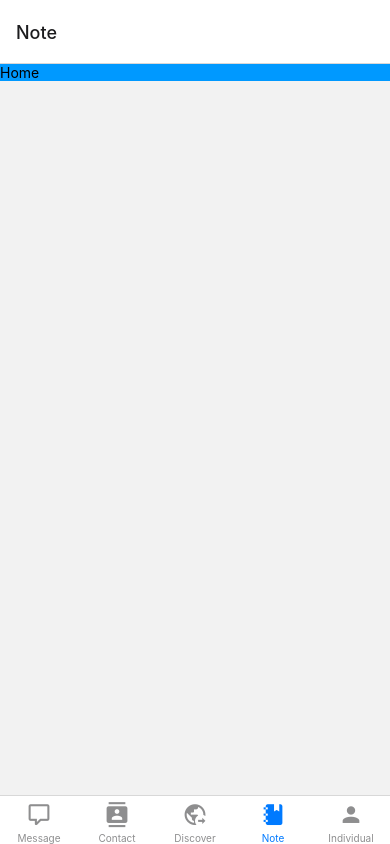
Repository: dinhtq-47/react-native
Screen: /Note
An editor plug-in stored every save of this project. The screen is shown before and after the next save, followed by the edit.
The app was drawn by React Native's web renderer in a window 390 px wide. The project was rebuilt for these pictures with package versions that can differ from the ones it lists, and the page was loaded fresh each time. Also part of the build but not shown: screens/Contact.js, screens/Discover.js, screens/Individual.js.

Above is the screen before, as saved 2022-02-16 18:10:08.

After the next save:
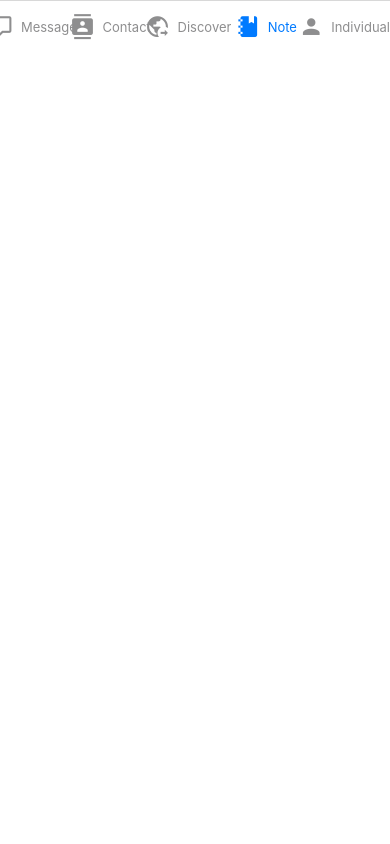
Saved 71 s later.
--- a/navigations/Home.js
+++ b/navigations/Home.js
@@ -5,62 +5,65 @@ import Discover from "../screens/Discover";
 import Note from "../screens/Note";
 import Individual from "../screens/Individual";
 import Icon from "react-native-vector-icons/MaterialCommunityIcons";
+import { View } from "react-native-web";
 const Tab = createBottomTabNavigator();
 
 const HomeTab = () => {
   return (
-    <Tab.Navigator>
-      <Tab.Screen
-        name="Home"
-        component={Home}
-        options={{
-          tabBarLabel: "Message",
-          tabBarIcon: ({ color, size }) => (
-            <Icon name="comment-outline" color={color} size={size} />
-          ),
-        }}
-      />
-      <Tab.Screen
-        name="Contact"
-        component={Contact}
-        options={{
-          tabBarLabel: "Contact",
-          tabBarIcon: ({ color, size }) => (
-            <Icon name="contacts" color={color} size={size} />
-          ),
-        }}
-      />
-      <Tab.Screen
-        name="Discover"
-        component={Discover}
-        options={{
-          tabBarLabel: "Discover",
-          tabBarIcon: ({ color, size }) => (
-            <Icon name="earth-arrow-right" color={color} size={size} />
-          ),
-        }}
-      />
-      <Tab.Screen
-        name="Note"
-        component={Note}
-        options={{
-          tabBarLabel: "Note",
-          tabBarIcon: ({ color, size }) => (
-            <Icon name="notebook" color={color} size={size} />
-          ),
-        }}
-      />
-      <Tab.Screen
-        name="Individual"
-        component={Individual}
-        options={{
-          tabBarLabel: "Individual",
-          tabBarIcon: ({ color, size }) => (
-            <Icon name="account" color={color} size={size} />
-          ),
-        }}
-      />
-    </Tab.Navigator>
+    <View>
+      <Tab.Navigator>
+        <Tab.Screen
+          name="Home"
+          component={Home}
+          options={{
+            tabBarLabel: "Message",
+            tabBarIcon: ({ color, size }) => (
+              <Icon name="comment-outline" color={color} size={size} />
+            ),
+          }}
+        />
+        <Tab.Screen
+          name="Contact"
+          component={Contact}
+          options={{
+            tabBarLabel: "Contact",
+            tabBarIcon: ({ color, size }) => (
+              <Icon name="contacts" color={color} size={size} />
+            ),
+          }}
+        />
+        <Tab.Screen
+          name="Discover"
+          component={Discover}
+          options={{
+            tabBarLabel: "Discover",
+            tabBarIcon: ({ color, size }) => (
+              <Icon name="earth-arrow-right" color={color} size={size} />
+            ),
+          }}
+        />
+        <Tab.Screen
+          name="Note"
+          component={Note}
+          options={{
+            tabBarLabel: "Note",
+            tabBarIcon: ({ color, size }) => (
+              <Icon name="notebook" color={color} size={size} />
+            ),
+          }}
+        />
+        <Tab.Screen
+          name="Individual"
+          component={Individual}
+          options={{
+            tabBarLabel: "Individual",
+            tabBarIcon: ({ color, size }) => (
+              <Icon name="account" color={color} size={size} />
+            ),
+          }}
+        />
+      </Tab.Navigator>
+    </View>
   );
 };
 
